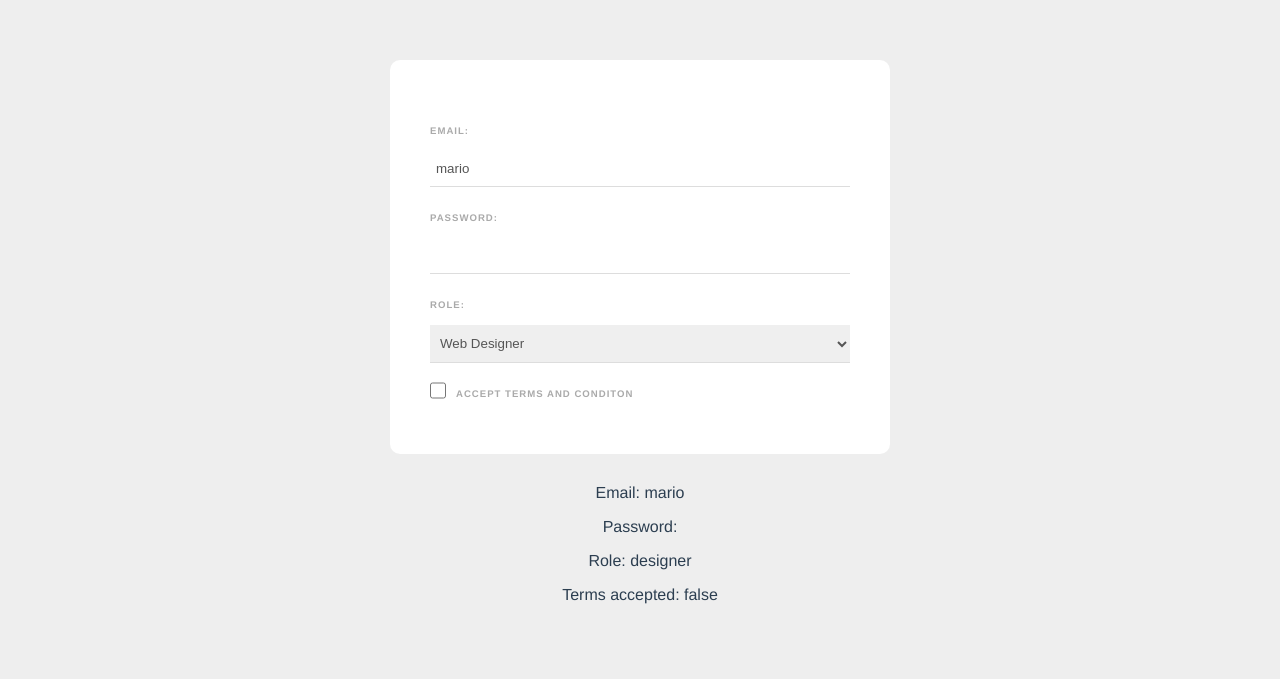
Repository: pin-seavmuy/Vue-Js
Page: /
These files come from the project's save history. The page is drawn as it stood at one moment and after a run of saves; the edit follows.
The browser window is 1280 px wide. The pictures show the whole page.
The project was rebuilt for these pictures with package versions that can differ from the ones it lists, and the page was loaded fresh each time. Also part of the build but not shown: vue.config.js.

Above is the page before, as saved 2023-11-15 23:57:01.

### src/App.vue
<template>
  <SignupForm/>
</template>

<script>
import SignupForm from './components/SignupForm.vue'

export default {
  name: 'App',
  components: {
    SignupForm
  }
}
</script>

<style>
#app {
  font-family: Avenir, Helvetica, Arial, sans-serif;
  -webkit-font-smoothing: antialiased;
  -moz-osx-font-smoothing: grayscale;
  text-align: center;
  color: #2c3e50;
  margin-top: 60px;
}
body{
  margin: 0;
  background: #eee;

}
</style>

### src/components/SignupForm.vue
<template>
  <form>
    <label>Email:</label>
    <input type="email" required v-model="email">

    <label>Password:</label>
    <input type="password" required v-model="password">

        <label>Role:</label>
        <select v-model="role">
            <option value="developer">Web Developer</option>
            <option value="designer">Web Designer</option>
        </select>

        <div class="terms">
            <input type="checkbox" required v-model="terms">
            <label>Accept terms and conditon</label>
        </div>

        <div>

        </div>
  </form>

  <p>Email: {{ email }}</p>
  <p>Password: {{ password }}</p>
  <p>Role: {{ role}}</p>
  <p>Terms accepted: {{terms}}</p>
</template>

<script>
export default {
    data(){
        return{
            email: 'mario',
            password: '',
            role: 'designer',
            terms: false
        }
    },
    components: []
}
</script>

<style>
    form{
        max-width: 420px;
        margin: 30px auto;
        background: #fff;
        text-align: left;
        padding: 40px;
        border-radius: 10px;
    }
    label{
        color: #aaa;
        display: flex;
        margin: 25px 0 15px;
        font-size: 0.6em;
        text-transform: uppercase;
        letter-spacing: 1px;
        font-weight: bold;
    }
    input, select{
        display: block;
        padding: 10px 6px;
        width: 100%;
        box-sizing: border-box;
        border: none;
        border-bottom: 1px solid #ddd;
        color: #555;
    }
    input[type="checkbox"]{
        display: inline-block;
        width: 16px;
        margin: 0 10px 0 0;
        position: relative;
        top: 2px;
    }
    .terms{
        display: flex
    }
</style>

Loaded but not shown: public/index.html (common file); src/main.js (common file)

After the next 2 saves:
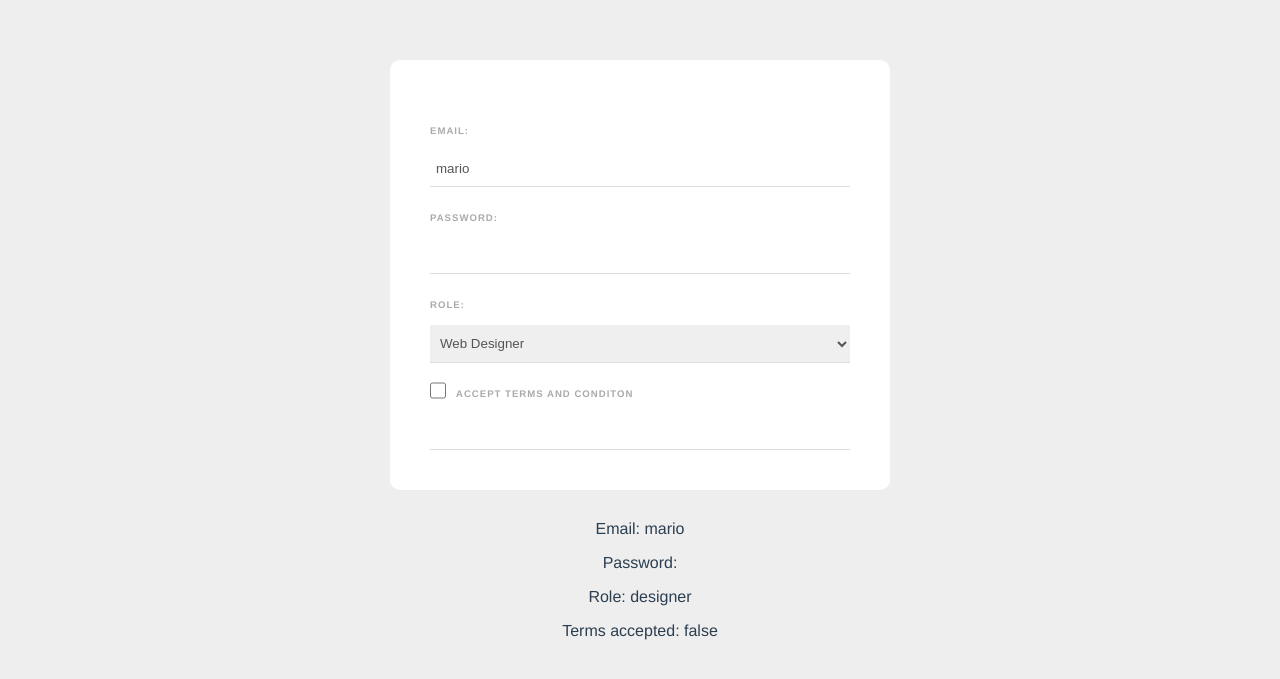
The 2 saves are shown as one change because they came seconds apart.
The last was saved 5 s later.
--- a/src/components/SignupForm.vue
+++ b/src/components/SignupForm.vue
@@ -18,7 +18,7 @@
         </div>
 
         <div>
-
+            <input>
         </div>
   </form>
 
